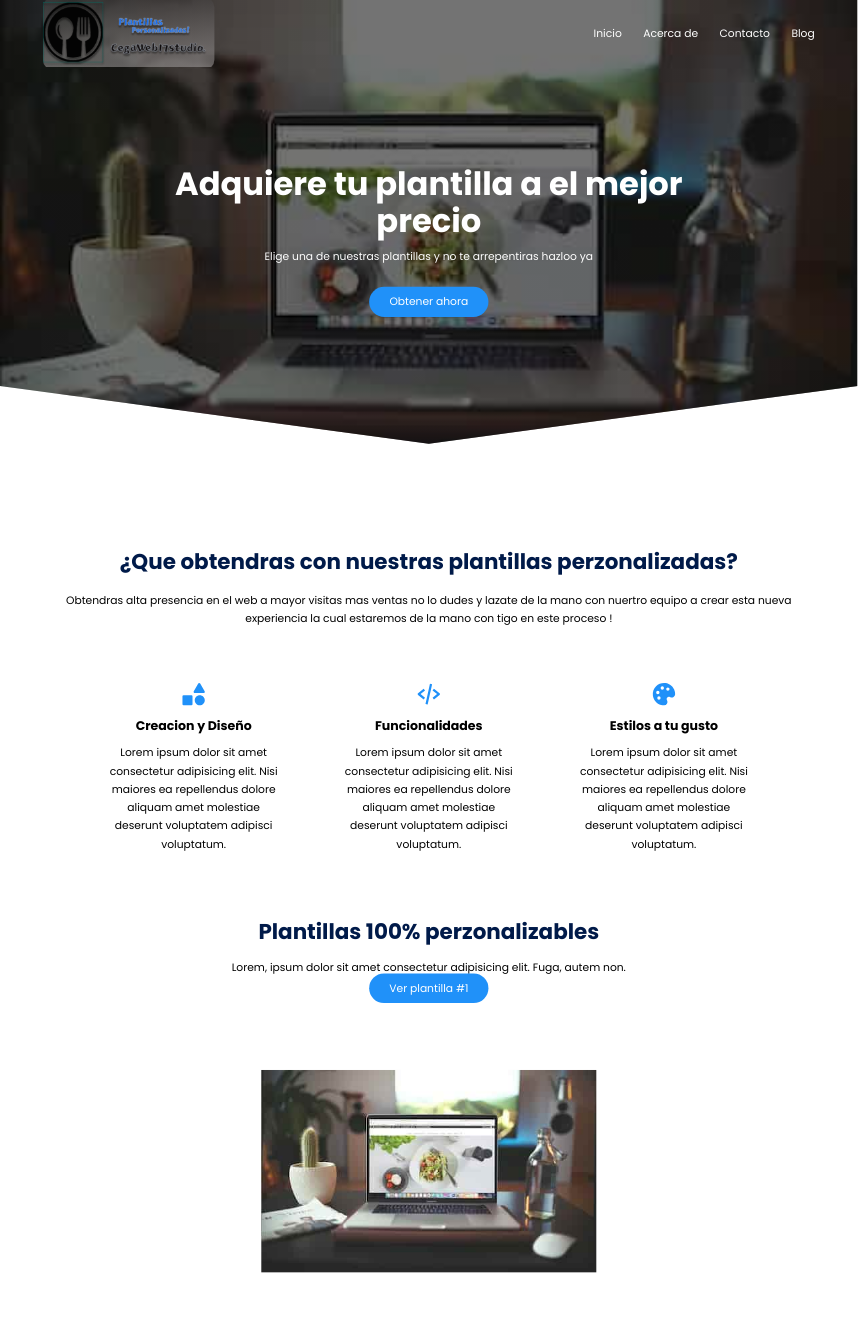
Repository: cega17/una-pagina-web
Page: index.html
These files come from the project's save history. The page is drawn as it stood at one moment and after the next save; the edit follows.
The browser window is 1280 px wide. The pictures show the whole page, at 67% of full size.

Above is the page before, as saved 2023-10-29 21:11:22.

After the next save:
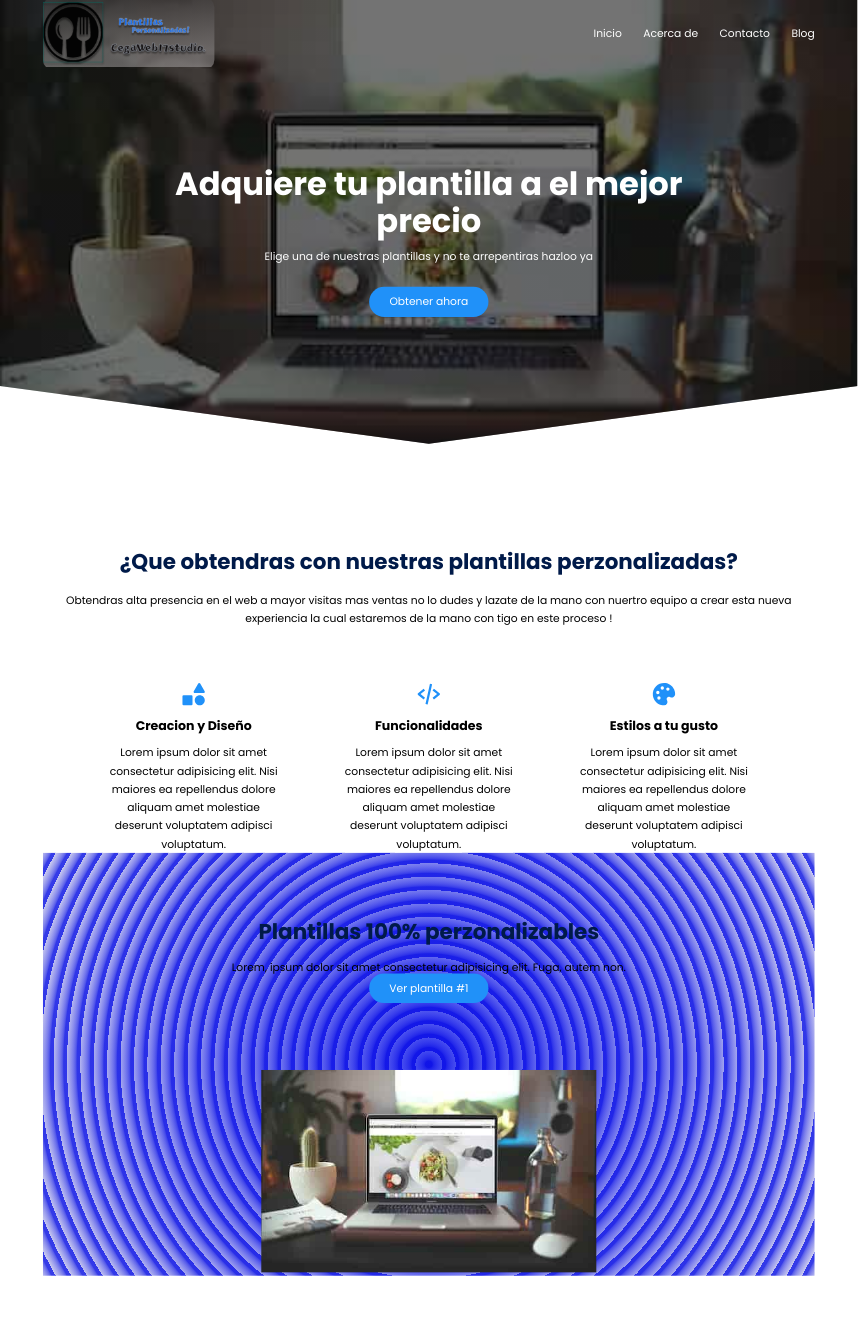
Saved 2 h 55 min later.
--- a/css/styles.css
+++ b/css/styles.css
@@ -152,3 +152,14 @@ body {
 .about__icon{
     width: 40px;
 }
+
+/* Fin about */
+
+/* Inicio knowledge */
+
+.knowledge{
+    background-color: #e5e5f7;
+    background-image: radial-gradient(circle at center center, #444cf7, #e5e5f7), repeating-radial-gradient(circle at center center, #444cf7, #444cf7, 10px, transparent 20px, transparent 10px);
+    background-blend-mode: multiply;
+    overflow: hidden;
+}
